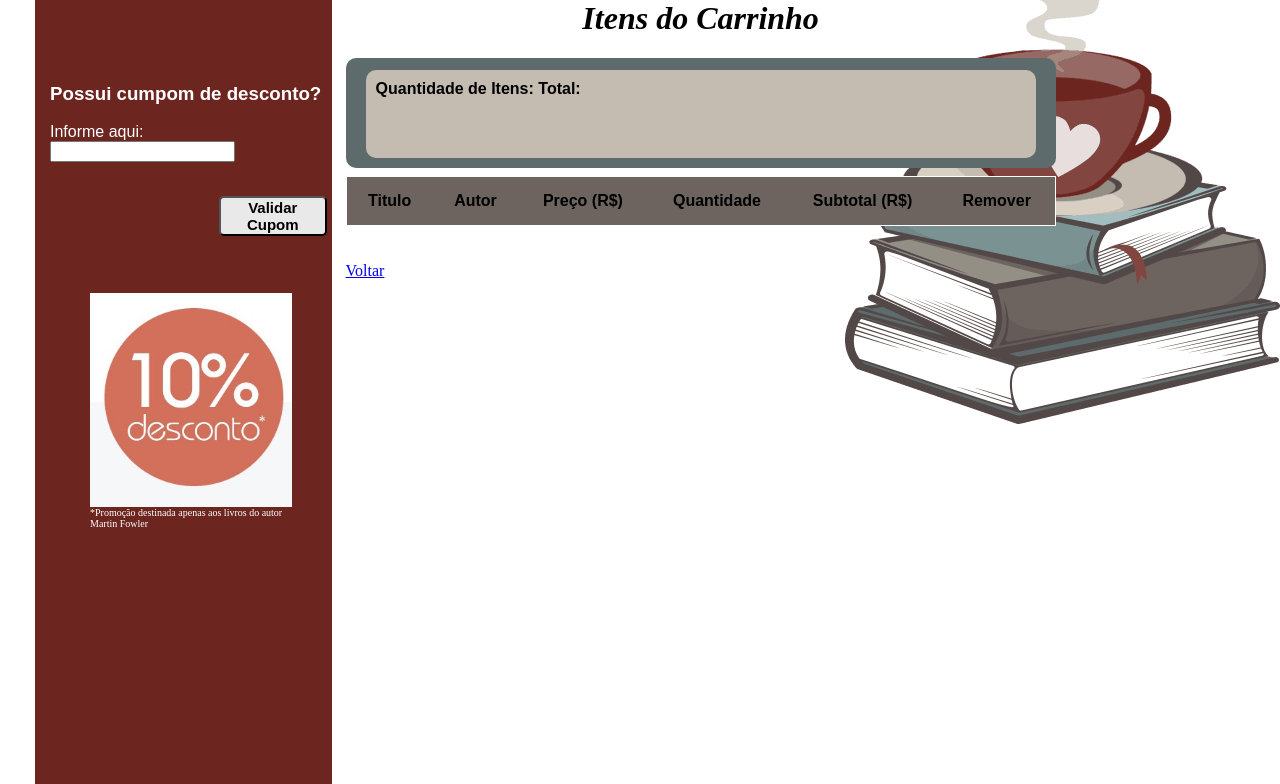
Repository: gabriellacrystina/ProjetoTegra
Page: http://localhost/book-store/meuCarrinho.jsp
An editor plug-in stored every save of this project. The page is shown before and after the next save, followed by the edit.
The browser window is 1280 px wide. The pictures show the whole page.
The page is served by Tomcat 9. Nobody is signed in. The application's start-up code is not run. Other server files are loaded and not shown. The template is opened directly, without the code that normally fills it, so the values that code supplies are empty.

Above is the page before, as saved 2016-07-08 00:37:46.

### book-store/WebContent/meuCarrinho.jsp
<%@ page language="java" contentType="text/html; charset=ISO-8859-1"
    pageEncoding="ISO-8859-1"%>
<%@ page import="model.Item" %>
<%@ page import="java.util.ArrayList" %>
<%@ taglib uri="http://java.sun.com/jsp/jstl/core" prefix="c" %>

<!DOCTYPE html PUBLIC "-//W3C//DTD HTML 4.01 Transitional//EN" "http://www.w3.org/TR/html4/loose.dtd">
<html>
	<head>
		<meta http-equiv="Content-Type" content="text/html; charset=ISO-8859-1">
		<link rel="stylesheet" type="text/css" href="book-store-style.css">
		<title>Carrinho</title>
	</head>
	<body>
			<section class="desconto" >
				<h3>Possui cumpom de desconto?</h3>
				<p>Informe aqui: <input type="text" id="cupom" maxlength="15"></p>
				<br>
				<button class="btn btn-validarCumpom" type="submit">Validar Cupom</button>
				<figure>
					<img id="img-desconto" src="desconto.jpg" />
					<figcaption id="img-descricao">*Promoção destinada apenas aos livros do autor Martin Fowler</figcaption>
				</figure>
			</section>

			<h1>Itens do Carrinho</h1>

			<div class="my-cart">
				<div class="carrinho">
				    Quantidade de Itens:<output class="output-carrinho" id="qtde-itens" name="quantidade-itens">${qtdeLivros}</output>
					Total: <output class="output-carrinho" id="total" name="total-itens">${total}</output>
				</div>
			</div>
			<table id="tbl-books">
			  <tr>
			    <th>Titulo</th>
			    <th>Autor</th>
			    <th>Preço (R$)</th>
			    <th>Quantidade</th>
			    <th>Subtotal (R$)</th>
			    <th>Remover</th>
			  </tr>
		  		<c:forEach var="item" items="${listaItens}">
		  			<tr class="livros">
						<td class="nome-livro">${item.getProduto().getTitulo()}</td>
						<td class="nome-autor">${item.getProduto().getAutor()}</td>
						<td class="preco">${item.getProduto().getPreco()}</td>
						<td class="quantidade">${item.getQuantidade()}</td>
						<td class="subtotal">${item.getSubtotal()}</td>
						<td>
							<form action="MeuCarrinho" method="post">
								<input type="hidden" name="id-livro" value="${item.getProduto().getId()}"/>
								<button class="btn btn-comprar" type="submit">Remover</button>
							</form>
						</td>
					</tr>
		  		</c:forEach>
			</table>
			<br>

			<br><a href="index.jsp">Voltar</a>
	</body>
</html>

### book-store/WebContent/book-store-style.css
@CHARSET "ISO-8859-1";

body {
	background-image: url("img/back.png");
	background-repeat: no-repeat;
	background-position: right top;
	background-attachment: initial;
    width: 710px;
    margin-top: 0px;
    margin-left: 27%;
	margin-right: auto;
}

h1 {
	font-style: oblique;
	text-align: center;
    color: #000000;
    margin-top: 0px;
    font-family: cursive;
}

h2{
	text-align: center;
	font-family: cursive;
    font-size: -webkit-xxx-large;
    color: #5D6B6C;
}

h5{
	color: #000000;
	font-size: x-large;
}

h4{
	color: #1b1919;
	text-align: center;
    font-size: x-large;
    font-family: cursive;

}

#tbl-books {
	width: 100%;
	font-family: "Arial", "Helvetica", sans-serif;
	border: 1px solid #ffffff;
    border-collapse: collapse;
}

#tbl-books tr:nth-child(even){
	background-color: #FFFFFF
}

#tbl-books tr:nth-child(odd){
	background-color: #6D6460;
}

th, td {
    padding: 15px;
    text-align: center;
}


.nome-livro{
	text-align: left;
}

.my-cart{
	width: 100%;
	height: 110px;
	border-radius: 10px;
    padding: 12px 20px;
    margin: 8px 0;
    box-sizing: border-box;
	background-color: #5D6B6C;
	margin-left: auto;
	margin-right: auto;
}
.cart{
	float: right;
	background-color: #c4bcb0;
	border-radius: 10px;
	padding-left: 10px;
	padding-bottom: 5px;
	margin-left: auto;
	margin-right: auto;
}

.carrinho{
	background-color: #c4bcb0;
	height: 90%;
	text-align: left;
	border-radius: 10px;
	padding-top: 10px;
	padding-left: 10px;
	padding-right: 10px;
	font: small-caption;
    font-weight: 700;
}

#lbl-meu-carrinho{
	font-size: 20px;
	font-weight: bold;
}

.btn {
	font-family: "Arial", "Helvetica", sans-serif;
	border-radius: 5px;
	font-size: 15px;
	font-weight: bold;
	margin-left: 150px;
	margin-right: 5px;
	background-color: #e9e9e9;
}

.btn-comprar{
	margin-left: 10%;
}

.btn-validarCumpom{
	margin-left: 60%;
}

.btn-concluirCompra{
	float: right;
	margin-top: -10px;
	margin-left: 70%;
}
.it-carrinho{
	margin-right: 150px;
}

.img-desconto{
	background-image: url("img/desconto.jpg");
	width: 10%;
	top:5px;
	left:20px;
	position:absolute;
}

#img-descricao{
	color: #ffffff;
	font-size: 10px;
}

h3, p{
	color: #ffffff;
	font-family: "Arial", "Helvetica", serif;
}

.desconto{
	margin-top: 0px;
	background-color: #6D2520;
	width: 22%;
	height: 100%;
	left:35px;
	text-align: left;
	padding-top: 5%;
	padding-left: 15px;
	position:absolute;
}

#img-desconto{
	padding-top: 20%;
	width: 100%;

}
.titulo-livro{
	font-size: larger;
}

After the next save:
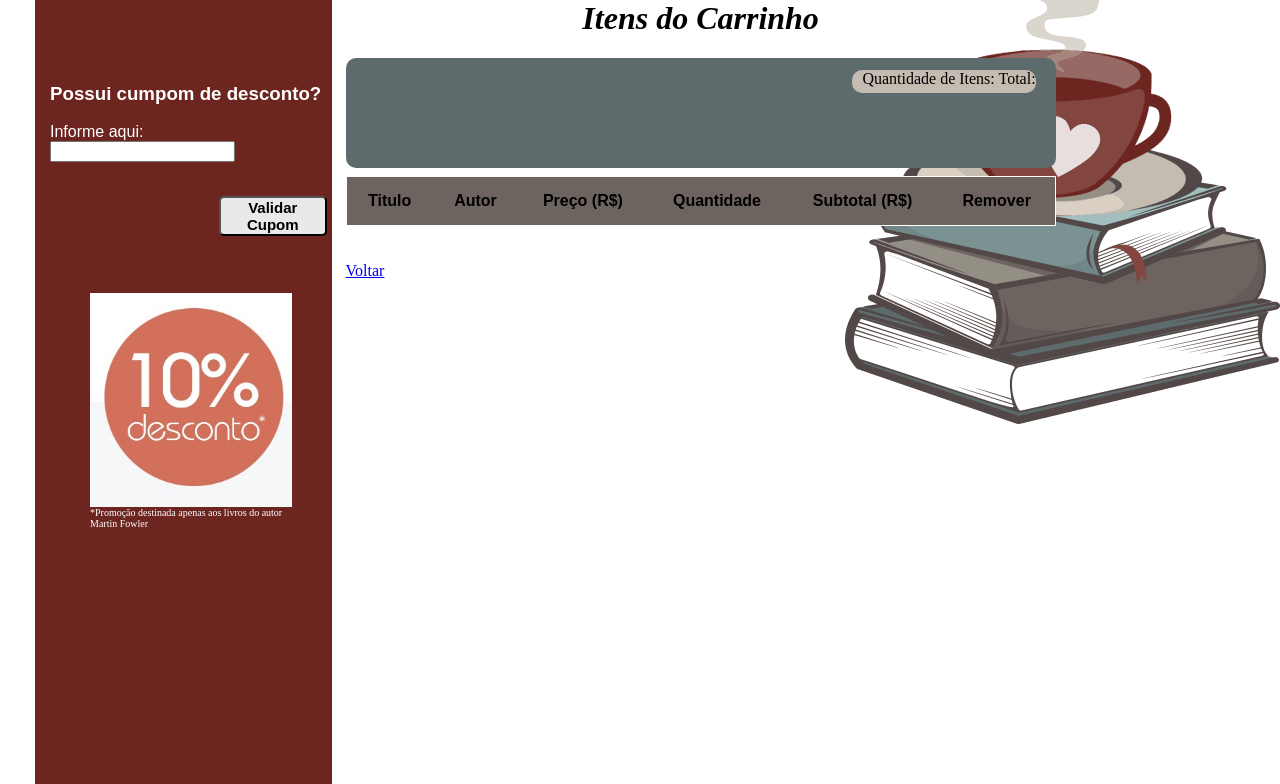
Saved 57 s later.
--- a/book-store/WebContent/meuCarrinho.jsp
+++ b/book-store/WebContent/meuCarrinho.jsp
@@ -26,7 +26,7 @@
 			<h1>Itens do Carrinho</h1>
 
 			<div class="my-cart">
-				<div class="carrinho">
+				<div class="cart">
 				    Quantidade de Itens:<output class="output-carrinho" id="qtde-itens" name="quantidade-itens">${qtdeLivros}</output>
 					Total: <output class="output-carrinho" id="total" name="total-itens">${total}</output>
 				</div>

After the save that followed:
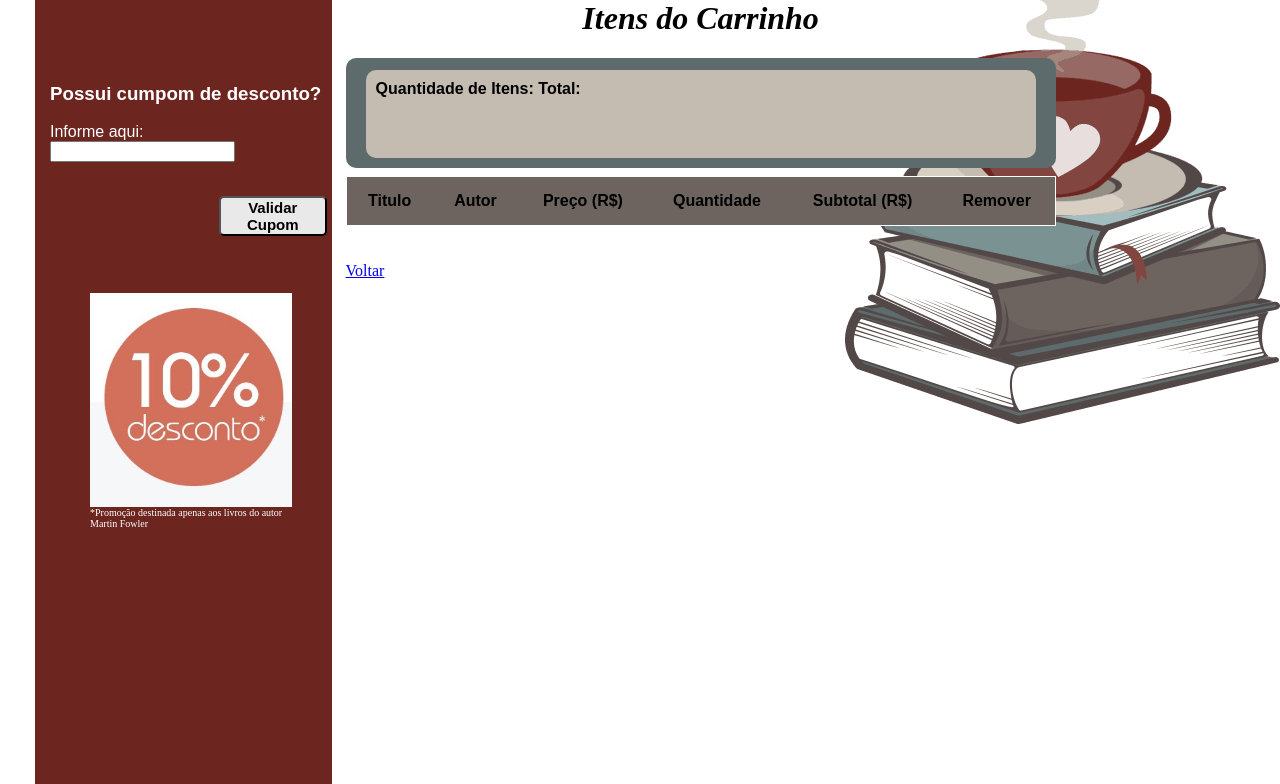
Saved 10 s later.
--- a/book-store/WebContent/meuCarrinho.jsp
+++ b/book-store/WebContent/meuCarrinho.jsp
@@ -26,7 +26,7 @@
 			<h1>Itens do Carrinho</h1>
 
 			<div class="my-cart">
-				<div class="cart">
+				<div class="carrinho">
 				    Quantidade de Itens:<output class="output-carrinho" id="qtde-itens" name="quantidade-itens">${qtdeLivros}</output>
 					Total: <output class="output-carrinho" id="total" name="total-itens">${total}</output>
 				</div>
